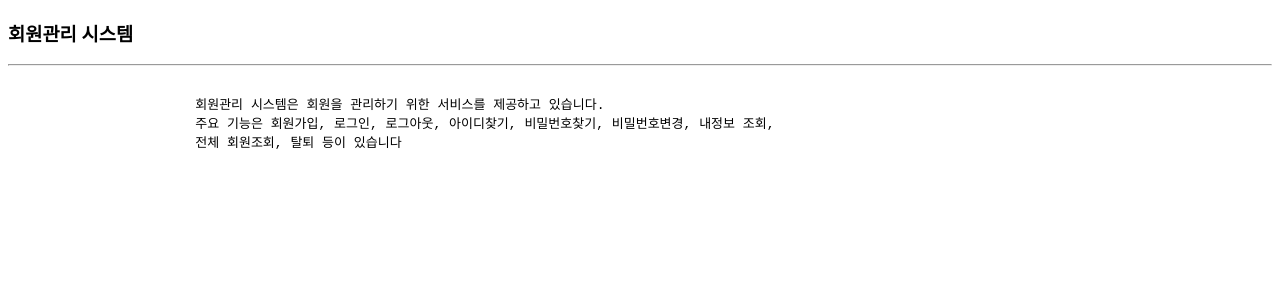
Repository: jelly02/workspace_web
Page: 01.html_basic/src/main/webapp/index.html
These files come from the project's save history. The page is drawn as it stood at one moment and after the next save; the edit follows.
The browser window is 1280 px wide. The pictures show the whole page.

Above is the page before, as saved 2021-06-23 06:27:17.

After the next save:
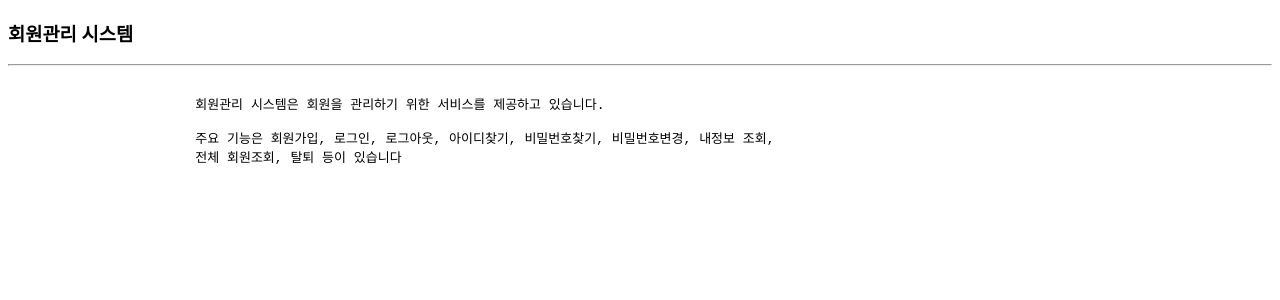
Saved 2 min 52 s later.
--- a/01.html_basic/src/main/webapp/index.html
+++ b/01.html_basic/src/main/webapp/index.html
@@ -12,7 +12,7 @@
 		<hr>
 
 		<pre>
-			회원관리 시스템은 회원을 관리하기 위한 서비스를 제공하고 있습니다.
+			회원관리 시스템은 회원을 관리하기 위한 서비스를 제공하고 있습니다. <br>
 			주요 기능은 회원가입, 로그인, 로그아웃, 아이디찾기, 비밀번호찾기, 비밀번호변경, 내정보 조회,
 			전체 회원조회, 탈퇴 등이 있습니다
 		</pre>
